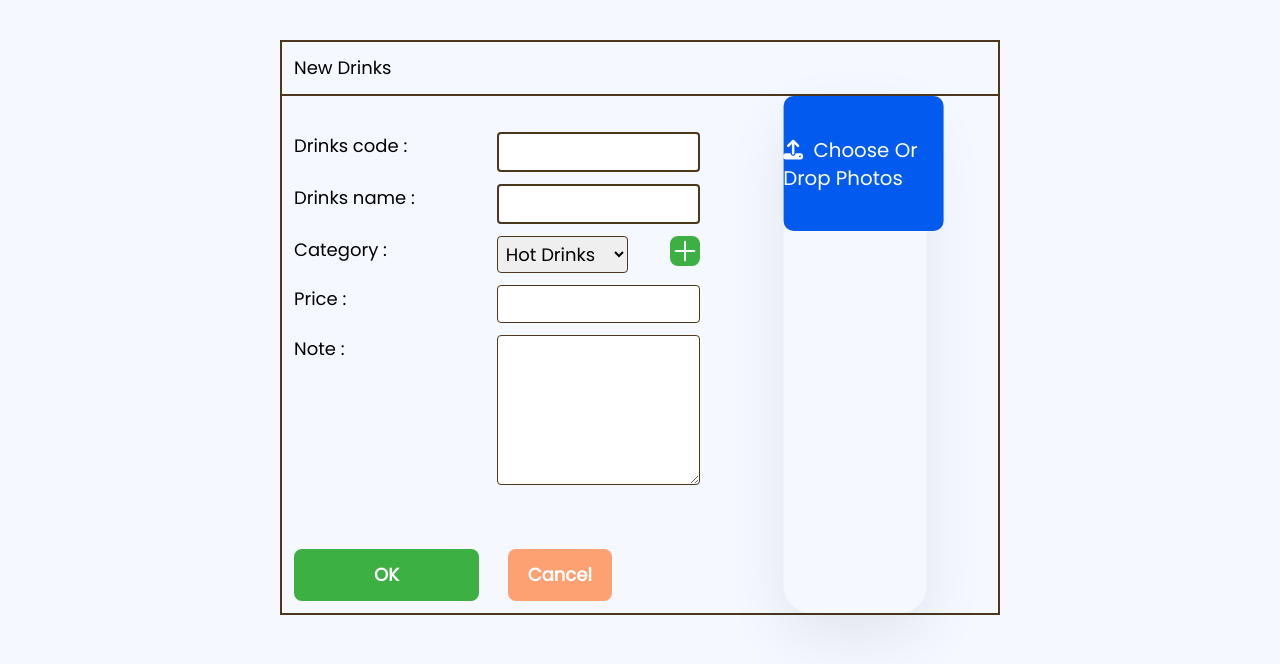
Repository: Dapravith/Midterm-SE-GIC-Cafe-Project-Group16
Page: src/main/resources/templates/addDrink.html
These files come from the project's save history. The page is drawn as it stood at one moment and after the next save; the edit follows.
The browser window is 1280 px wide. The pictures show the whole page.
Some web libraries are served in a nearby version.

Above is the page before, as saved 2023-05-16 22:45:05.

After the next save:
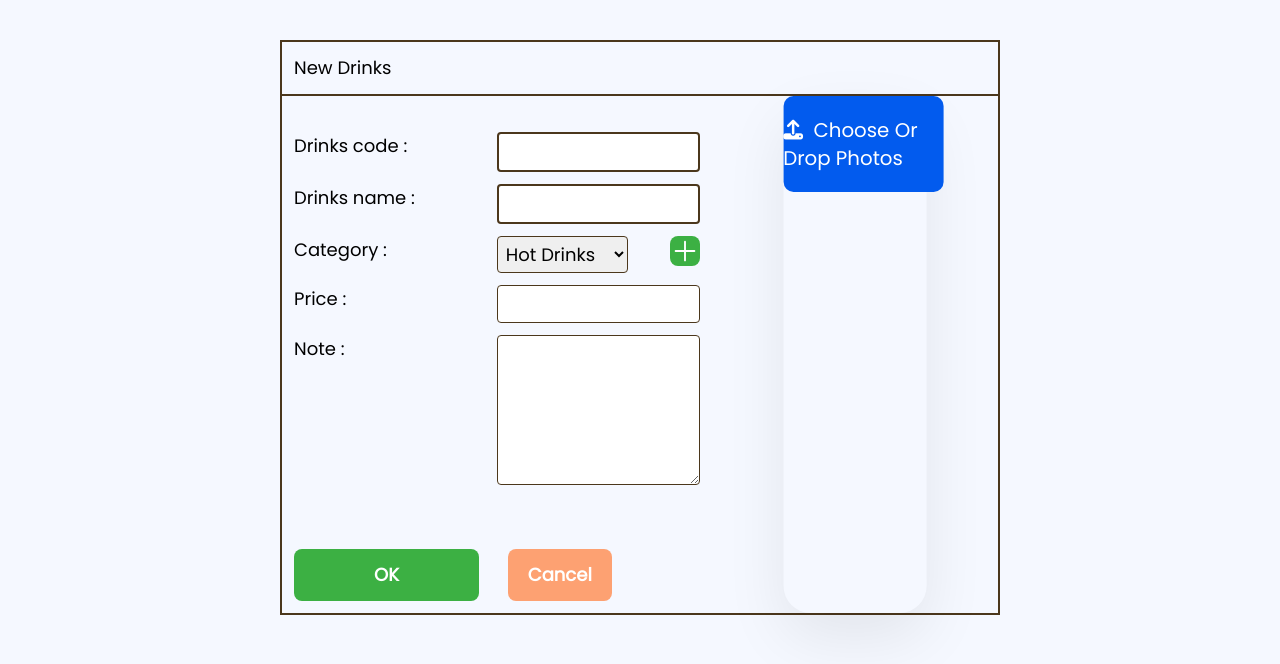
Saved 26 s later.
--- a/src/main/resources/templates/addDrink.html
+++ b/src/main/resources/templates/addDrink.html
@@ -49,7 +49,7 @@
             color: #ffffff;
             font-size: 1.1em;
             width: 10rem;
-            padding: 2em 0;
+            padding: 1em 0;
             border-radius: 0.5em;
             margin: 0 auto 1em auto;
             cursor: pointer;
@@ -60,7 +60,7 @@
             width: 5%;
             margin: 0 auto;
             display: flex;
-            justify-content: space-evenly;
+            justify-content: space-around;
             gap: 1.5em;
             flex-wrap: wrap;
         }
